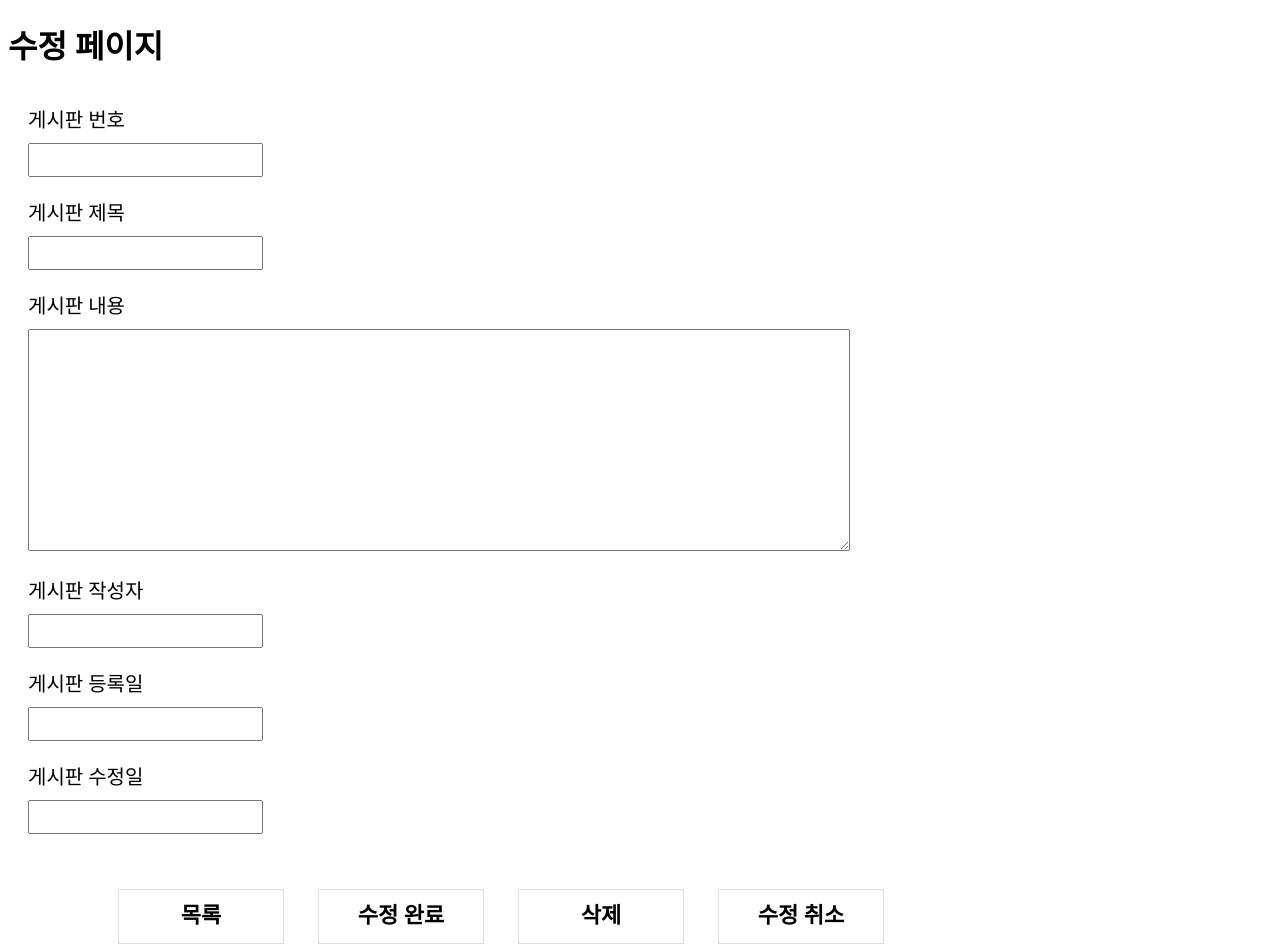
Repository: Shim-YoungDo/gaea-study
Page: http://localhost/study/WEB-INF/views/board/modifyView.jsp
An editor plug-in stored every save of this project. The page is shown before and after the next save, followed by the edit.
The browser window is 1280 px wide. The pictures show the whole page.
The page is served by Tomcat 9. Nobody is signed in. The template is opened directly, without the code that normally fills it, so the values that code supplies are empty.

Above is the page before, as saved 2021-12-10 05:38:17.

After the next save:
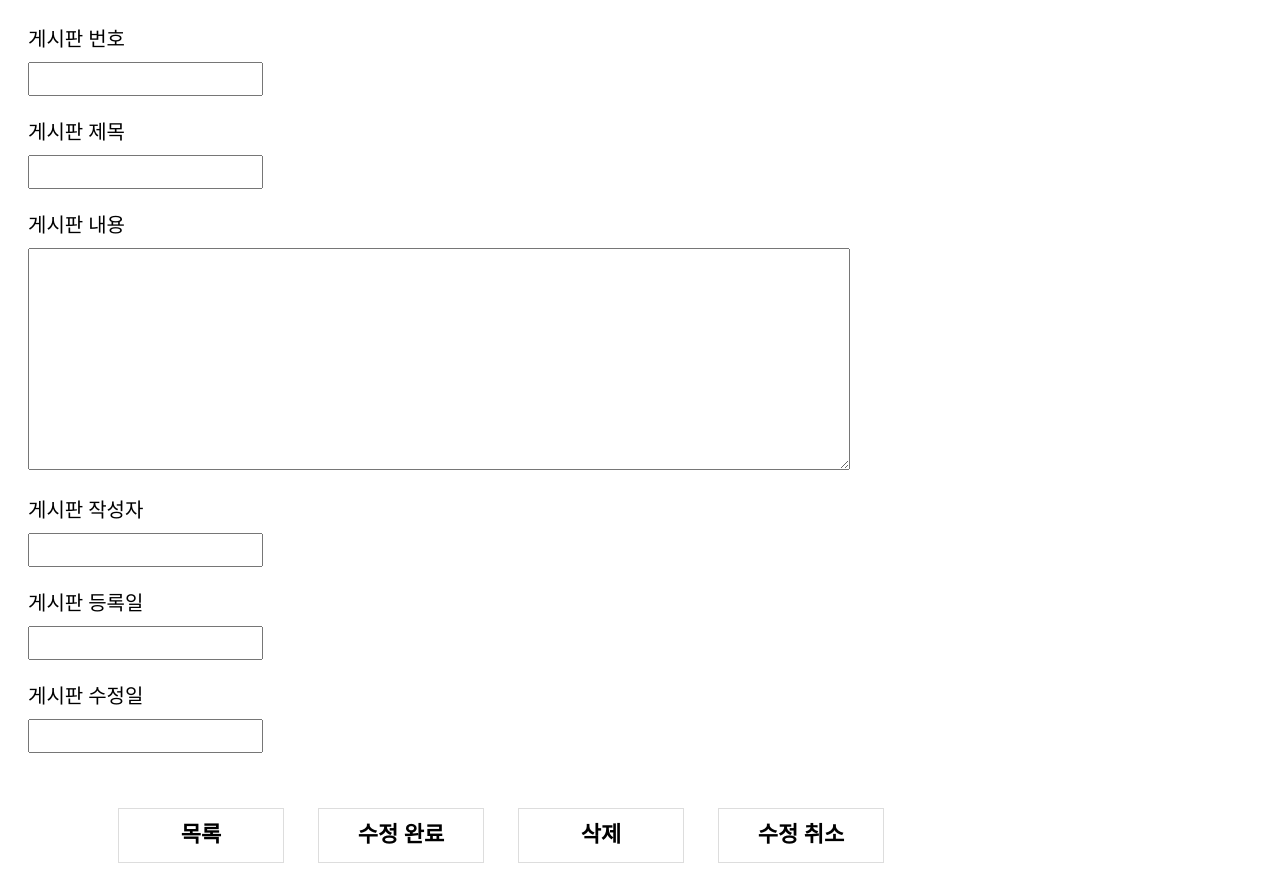
Saved 21 min 31 s later.
--- a/study/src/main/webapp/WEB-INF/views/board/modifyView.jsp
+++ b/study/src/main/webapp/WEB-INF/views/board/modifyView.jsp
@@ -14,7 +14,6 @@
   crossorigin="anonymous"></script>
 </head>
 <body>
-<h1>수정 페이지</h1>
 	<form id="modifyForm" action="/board/modify" method="post">
 	<div class="input_wrap">
 		<label>게시판 번호</label>
